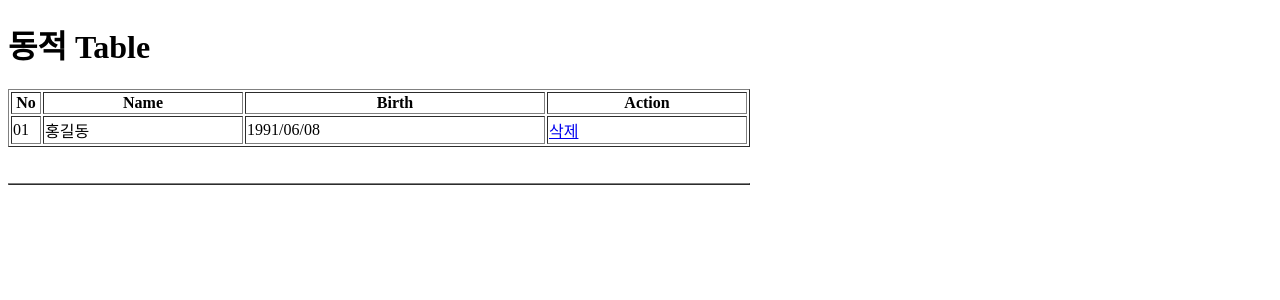
Repository: jeongho97/JQuery
Page: alloc/WebContent/index.html
An editor plug-in stored every save of this project. The page is shown before and after the next save, followed by the edit.
The browser window is 1280 px wide. The pictures show the whole page.

Above is the page before, as saved 2022-05-13 07:13:54.

After the next save:
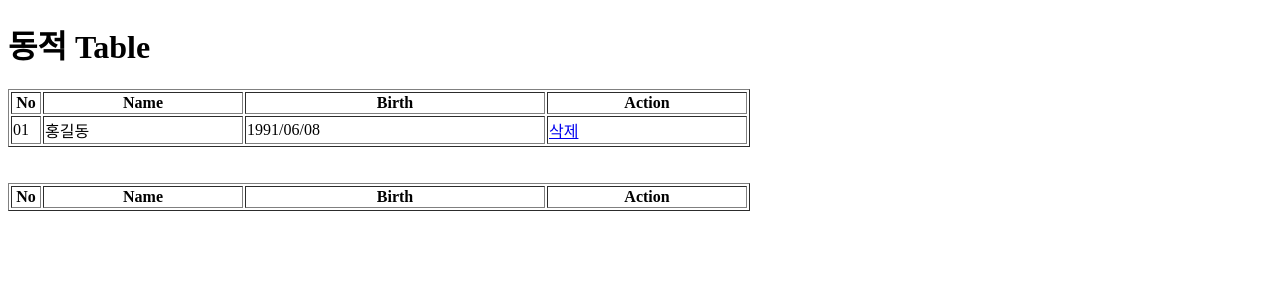
Saved 10 s later.
--- a/alloc/WebContent/index.html
+++ b/alloc/WebContent/index.html
@@ -52,6 +52,17 @@
 	<col style="width:200px">
 </colgroup>
 
+<thead>
+<tr>
+
+	<th>No</th>
+	<th>Name</th>
+	<th>Birth</th>
+	<th>Action</th>
+
+</tr>
+</thead>
+
 </table>
 </body>
 </html>
